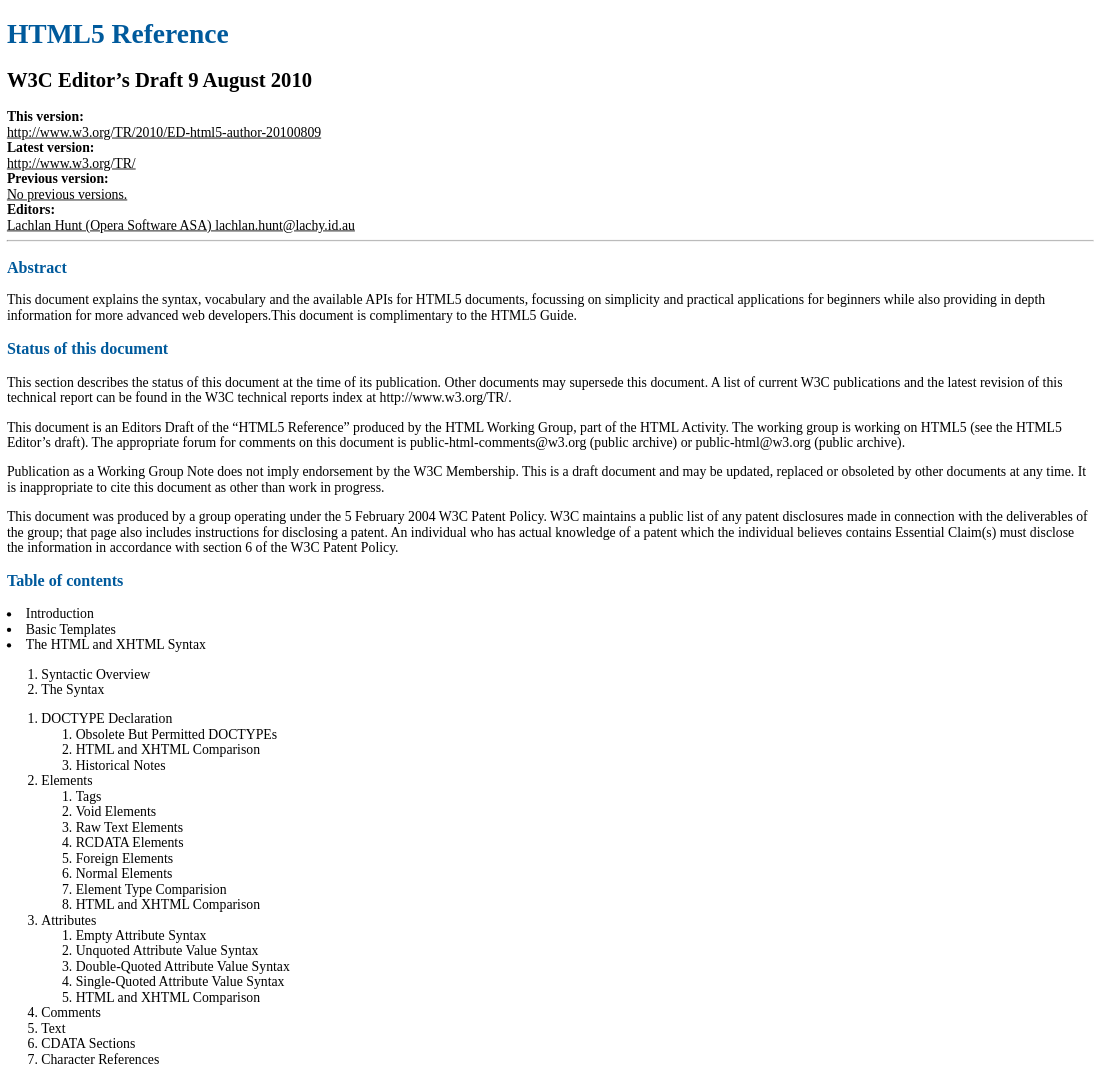
Repository: Hswwwww/WEB
Page: ClientTest/src/main/webapp/html/Q005.html
An editor plug-in stored every save of this project. The page is shown before and after the next save, followed by the edit.
The browser window is 1280 px wide. The pictures show the whole page, at 86% of full size.

Above is the page before, as saved 2024-03-13 02:46:07.

### ClientTest/src/main/webapp/html/Q005.html
<!DOCTYPE html>
<html>
<head>
<meta charset="UTF-8">
<title>Insert title here</title>
</head>
<body>

	<h1><font color = "005A9C">HTML5 Reference</font></h1>
	<h2>W3C Editor’s Draft 9 August 2010</h2>

	<b>This version:</b><br>
	<u>http://www.w3.org/TR/2010/ED-html5-author-20100809</u><br>

	<b>Latest version:</b><br>
	<u>http://www.w3.org/TR/</u><br>

	<b>Previous version:</b><br>
	<u>No previous versions.</u><br>

	<b>Editors:</b><br>
	<u>Lachlan Hunt (Opera Software ASA) lachlan.hunt@lachy.id.au</u><br>

	<hr>

	<h3><font color = "005A9C" >Abstract</font></h3>
	<p>This document explains the syntax, vocabulary and the available APIs for HTML5 documents, focussing on simplicity and practical applications for beginners while also providing in depth information for more advanced web developers.This document is complimentary to the HTML5 Guide.</p>

	<h3><font color = "005A9C" >Status of this document</font></h3>
	<p>This section describes the status of this document at the time of its publication. Other documents may supersede this document. A list of current W3C publications and the latest revision of this technical report can be found in the W3C technical reports index at http://www.w3.org/TR/.</p>
	<p>This document is an Editors Draft of the “HTML5 Reference” produced by the HTML Working Group, part of the HTML Activity. The working group is working on HTML5 (see the HTML5 Editor’s draft). The appropriate forum for comments on this document is public-html-comments@w3.org (public archive) or public-html@w3.org (public archive).</p>
	<p>Publication as a Working Group Note does not imply endorsement by the W3C Membership. This is a draft document and may be updated, replaced or obsoleted by other documents at any time. It is inappropriate to cite this document as other than work in progress.</p>
	<p>This document was produced by a group operating under the 5 February 2004 W3C Patent Policy. W3C maintains a public list of any patent disclosures made in connection with the deliverables of the group; that page also includes instructions for disclosing a patent. An individual who has actual knowledge of a patent which the individual believes contains Essential Claim(s) must disclose the information in accordance with section 6 of the W3C Patent Policy.</p>

	<h3><font color = "005A9C" > Table of contents</font></h3
	<ol>
		<li>Introduction</li>
		<li>Basic Templates</li>
		<li>The HTML and XHTML Syntax</li>
			<ol>
			<li>Syntactic Overview</li>
			<li>The Syntax</li>
			</ol>
				<ol>
				<li>DOCTYPE Declaration</li>
					<ol>
					<li>Obsolete But Permitted DOCTYPEs</li>
					<li>HTML and XHTML Comparison</li>
					<li>Historical Notes</li>
					</ol>
				<li>Elements</li>
					<ol>
					<li>Tags</li>
					<li>Void Elements</li>
					<li>Raw Text Elements</li>
					<li>RCDATA Elements</li>
					<li>Foreign Elements</li>
					<li>Normal Elements</li>
					<li>Element Type Comparision</li>
					<li>HTML and XHTML Comparison</li>
					</ol>
				<li>Attributes</li>
					<ol>
					<li>Empty Attribute Syntax</li>
					<li>Unquoted Attribute Value Syntax</li>
					<li>Double-Quoted Attribute Value Syntax</li>
					<li>Single-Quoted Attribute Value Syntax</li>
					<li>HTML and XHTML Comparison</li>
					</ol>
				<li>Comments</li>
				<li>Text</li>
				<li>CDATA Sections</li>
				<li>Character References</li>



		</ol>


	</ol>




</body>
</html>

After the next save:
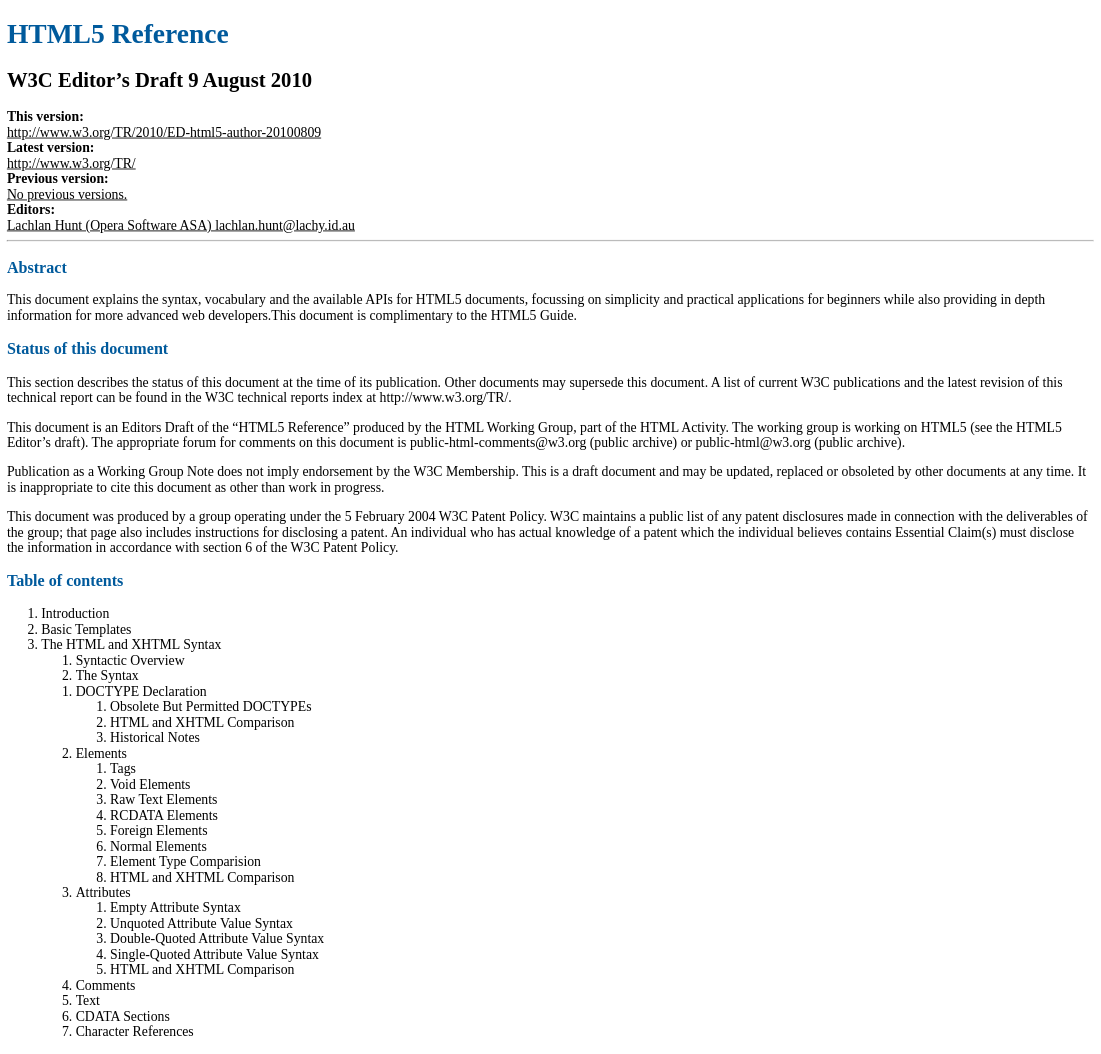
Saved 28 s later.
--- a/ClientTest/src/main/webapp/html/Q005.html
+++ b/ClientTest/src/main/webapp/html/Q005.html
@@ -32,7 +32,7 @@
 	<p>Publication as a Working Group Note does not imply endorsement by the W3C Membership. This is a draft document and may be updated, replaced or obsoleted by other documents at any time. It is inappropriate to cite this document as other than work in progress.</p>
 	<p>This document was produced by a group operating under the 5 February 2004 W3C Patent Policy. W3C maintains a public list of any patent disclosures made in connection with the deliverables of the group; that page also includes instructions for disclosing a patent. An individual who has actual knowledge of a patent which the individual believes contains Essential Claim(s) must disclose the information in accordance with section 6 of the W3C Patent Policy.</p>
 
-	<h3><font color = "005A9C" > Table of contents</font></h3
+	<h3><font color = "005A9C" > Table of contents</font></h3>
 	<ol>
 		<li>Introduction</li>
 		<li>Basic Templates</li>
